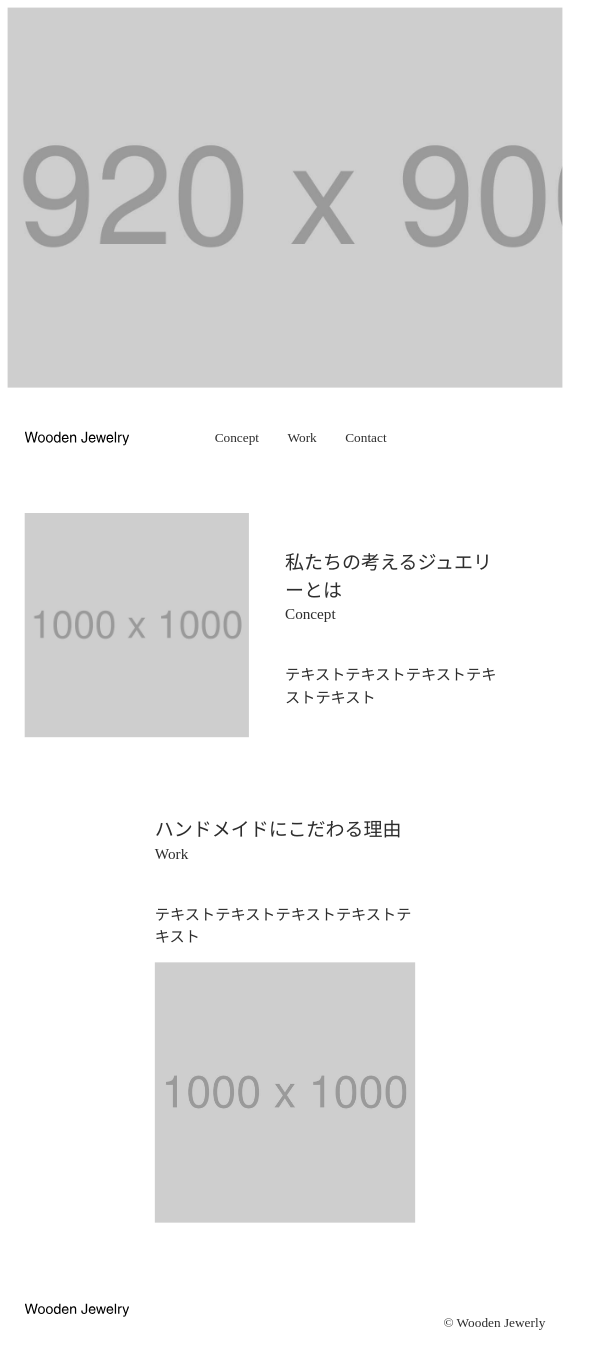
Repository: Fuki-san/jewelry
Page: http://localhost/jewelry
The author's editor kept a copy of each file at every save. The page is drawn from the files as they stood at one save, then again after the next save.
The browser window is 600 px wide. The page is 628 px wide, so the pictures cover 628 px, including what lies to the right of the window. The pictures show the whole page, at 95% of full size.
The page is served by the project's Laravel application, run on PHP 8.4 with Laravel 10.

Above is the page before, as saved 2023-11-26 15:10:36.

After the next save:
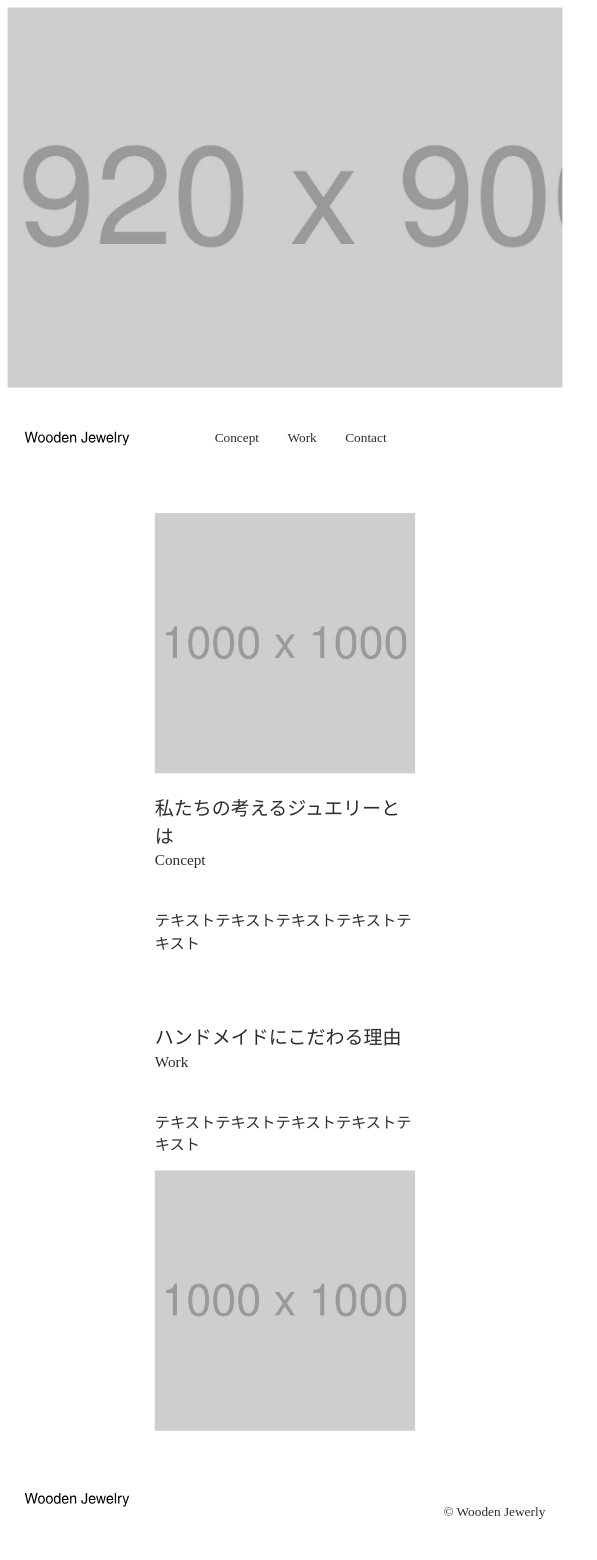
Saved 4 s later.
--- a/public/css/style.css
+++ b/public/css/style.css
@@ -119,5 +119,8 @@ img{
     #work{
         flex-direction: column;
     }
-    .content
+    .content{
+        flex-direction: column;
+        margin-bottom: 40px;
+    }
 }
